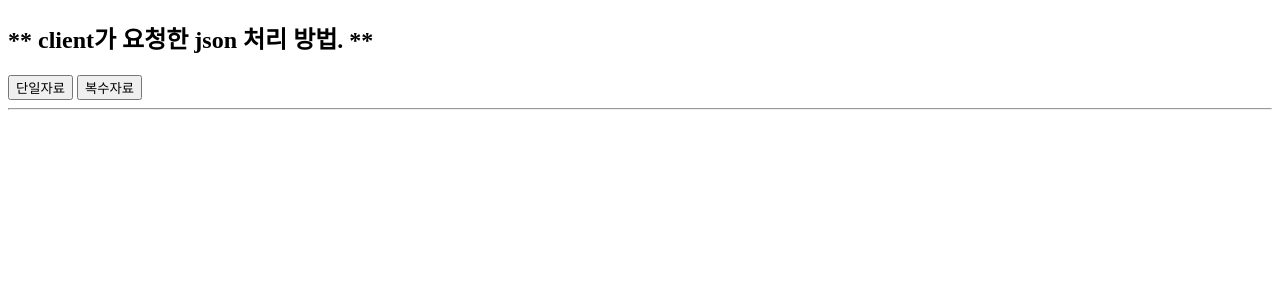
Repository: offbr/Spring
Page: http://localhost/spring_mvc18_json/json.jsp
An editor plug-in stored every save of this project. The page is shown before and after the next save, followed by the edit.
The browser window is 1280 px wide. The pictures show the whole page.
After loading, the first visible `#btnOk1` was clicked once.
The page is served by Tomcat 9. Other server files are loaded and not shown.

Above is the page before, as saved 2016-10-14 02:04:45.
Console error: TypeError: Cannot read properties of undefined (reading '0')

### spring_mvc18_json/src/main/webapp/json.jsp
<%@ page language="java" contentType="text/html; charset=UTF-8"
    pageEncoding="UTF-8"%>
<!DOCTYPE html>
<html>
<head>
<meta http-equiv="Content-Type" content="text/html; charset=UTF-8">
<title>Insert title here</title>
<script src="https://ajax.googleapis.com/ajax/libs/jquery/1.12.4/jquery.min.js"></script>
<script type="text/javascript">
   $(document).ready(function(){

      //btn1
      $("#btnOk1").on("click", function(){
         $("#showdata").html("");
         $.ajax({
            type: "get", url: "list", dataType: "json", data: {"name":"tom"},
            success:function(data){
               var ss = "";
               ss += data.name + "<br>";
               ss += data.skiles[0] + " ";
               ss += data.skiles[1] + " ";
               ss += data.skiles[2] + " ";
               $("#showdata").append(ss);
            },
            error:function(){
               $("#showdata").html("error")
            }
         });
      });
    //btn2
      $("#btnOk2").on("click", function(){
         $("#showdata").html("");
         $.ajax({
            type: "get", url: "list2", dataType: "json",
            success:function(data){
               var str = "<table border = '1'>";
               var list = data.datas;
               $(list).each(function(index, objArr){
                  str += "<tr>";
                  str += "<td>" + objArr["name"] + "</td>";
                  str += "<td>" + objArr["age"] + "</td>";
                  str += "</tr>"
               });
               str += "</table>";
               $("#showdata").append(str);
            },
            error:function(){
               $("#showdata").html("error")
            }
         });

      });

   });
</script>
</head>
<body>
<h2> ** client가 요청한 json 처리 방법. ** </h2>
<input type = "button" value = "단일자료" id = "btnOk1">
<input type = "button" value = "복수자료" id = "btnOk2">
<hr>
<div id = "showdata">
</div>


</body>
</html>

After the next save:
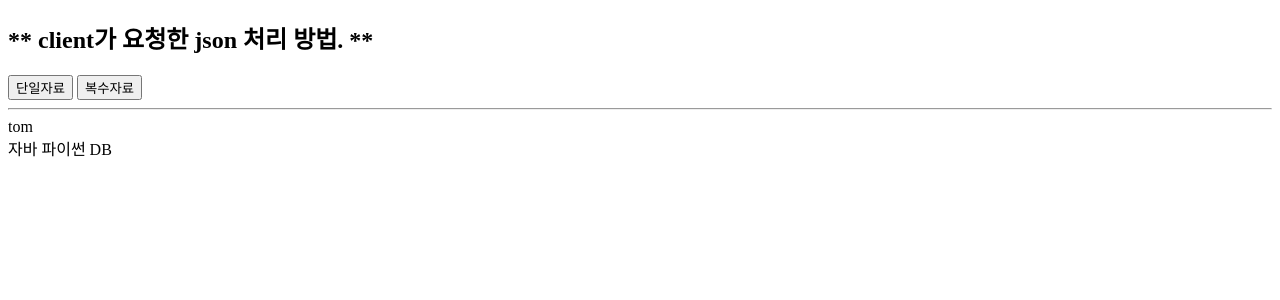
The error is gone.
Saved 3 min 38 s later.
--- a/spring_mvc18_json/src/main/webapp/json.jsp
+++ b/spring_mvc18_json/src/main/webapp/json.jsp
@@ -17,9 +17,9 @@
             success:function(data){
                var ss = "";
                ss += data.name + "<br>";
-               ss += data.skiles[0] + " ";
-               ss += data.skiles[1] + " ";
-               ss += data.skiles[2] + " ";
+               ss += data.skills[0] + " ";
+               ss += data.skills[1] + " ";
+               ss += data.skills[2] + " ";
                $("#showdata").append(ss);
             },
             error:function(){
